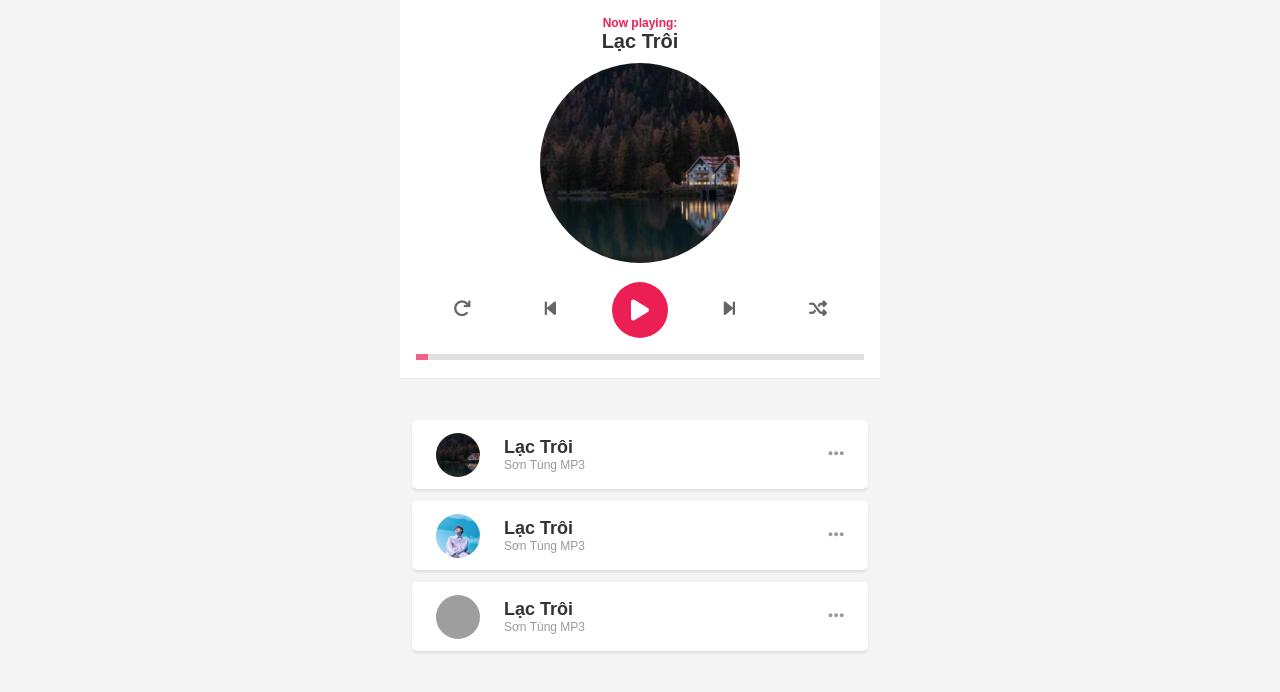
Repository: projectadmim/MyApp
Page: main.html
The author's editor kept a copy of each file at every save. The page is drawn from the files as they stood at one save, then again after a run of saves.
The browser window is 1280 px wide. The pictures show the whole page.
Pictures or frames that could not be fetched are drawn as grey boxes.

Above is the page before, as saved 2023-10-16 08:51:27.

### main.html
<!DOCTYPE html>
<html lang="en">
<head>
    <meta charset="UTF-8">
    <meta name="viewport" content="width=device-width, initial-scale=1.0">
    <title>Zing_MP3</title>
    <link rel="stylesheet" href="./assets/css/style.css">
    <link rel="stylesheet" href="./assets/icon/fontawesome-free-6.4.2/css/all.css">
</head>
<body>
  <div class="player">
    <!-- Dashboard -->
    <div class="dashboard">
      <!-- Header -->
      <header>
        <h4>Now playing:</h4>
        <h2>String 57th & 9th</h2>
      </header>

      <!-- CD -->
      <div class="cd">
        <div class="cd-thumb" style="background-image: url('./assets/img/cd/cd.jpg');">

        </div>
      </div>

      <!-- Control -->
      <div class="control">
        <div class="btn btn-repeat">
          <i class="fas fa-redo"></i>
        </div>
        <div class="btn btn-prev">
          <i class="fas fa-step-backward"></i>
        </div>
        <div class="btn btn-toggle-play">
          <i class="fas fa-pause icon-pause"></i>
          <i class="fas fa-play icon-play"></i>
        </div>
        <div class="btn btn-next">
          <i class="fas fa-step-forward"></i>
        </div>
        <div class="btn btn-random">
          <i class="fas fa-random"></i>
        </div>
      </div>

      <input id="progress" class="progress" type="range" value="0" step="1" min="0" max="100">

      <audio id="audio" src=""></audio>
    </div>

    <!-- Playlist -->
    <div class="playlist">
    </div>
  </div>
    <script src="./text.js"></script>
</body>
</html>

### assets/css/style.css
:root {
  --primary-color: #ec1f55;
  --text-color: #333;
}

* {
  padding: 0;
  margin: 0;
  box-sizing: inherit;
}

body {
  background-color: #f5f5f5;
}

html {
  box-sizing: border-box;
  font-family: "Poppins", sans-serif;
}

.player {
  position: relative;
  max-width: 480px;
  margin: 0 auto;
}

.player .icon-pause {
  display: none;
}

.player.playing .icon-pause {
  display: inline-block;
}

.player.playing .icon-play {
  display: none;
}

.dashboard {
  padding: 16px 16px 14px;
  background-color: #fff;
  position: fixed;
  top: 0;
  width: 100%;
  max-width: 480px;
  border-bottom: 1px solid #ebebeb;
}

/* HEADER */
header {
  text-align: center;
  margin-bottom: 10px;
}

header h4 {
  color: var(--primary-color);
  font-size: 12px;
}

header h2 {
  color: var(--text-color);
  font-size: 20px;
}

/* CD */
.cd {
  display: flex;
  margin: auto;
  width: 200px;
}

.cd-thumb {
  width: 100%;
  padding-top: 100%;
  border-radius: 50%;
  background-color: #333;
  background-size: cover;
  margin: auto;
}

/* CONTROL */
.control {
  display: flex;
  align-items: center;
  justify-content: space-around;
  padding: 18px 0 8px 0;
}

.control .btn {
  color: #666;
  padding: 18px;
  font-size: 18px;
}

.control .btn.active {
  color: var(--primary-color);
}

.control .btn-toggle-play {
  width: 56px;
  height: 56px;
  border-radius: 50%;
  font-size: 24px;
  color: #fff;
  display: flex;
  align-items: center;
  justify-content: center;
  background-color: var(--primary-color);
}

.progress {
  width: 100%;
  -webkit-appearance: none;
  height: 6px;
  background: #d3d3d3;
  outline: none;
  opacity: 0.7;
  -webkit-transition: 0.2s;
  transition: opacity 0.2s;
}

.progress::-webkit-slider-thumb {
  -webkit-appearance: none;
  appearance: none;
  width: 12px;
  height: 6px;
  background-color: var(--primary-color);
  cursor: pointer;
}

/* PLAYLIST */
.playlist {
  margin-top: 408px;
  padding: 12px;
}

.song {
  display: flex;
  align-items: center;
  margin-bottom: 12px;
  background-color: #fff;
  padding: 8px 16px;
  border-radius: 5px;
  box-shadow: 0 2px 3px rgba(0, 0, 0, 0.1);
}

.song.active {
  background-color: var(--primary-color);
}

.song:active {
  opacity: 0.8;
}

.song.active .option,
.song.active .author,
.song.active .title {
  color: #fff;
}

.song .thumb {
  width: 44px;
  height: 44px;
  border-radius: 50%;
  background-size: cover;
  margin: 0 8px;
}

.song .body {
  flex: 1;
  padding: 0 16px;
}

.song .title {
  font-size: 18px;
  color: var(--text-color);
}

.song .author {
  font-size: 12px;
  color: #999;
}

.song .option {
  padding: 16px 8px;
  color: #999;
  font-size: 18px;
}

### text.js
//các bước làm ra zingmp3

/**
 * 1.Render songs
 * 2.Scroll top
 * 3.play/pause/seek
 */
const $=document.querySelector.bind(document);
const $$=document.querySelectorAll.bind(document);
const playlist=$(".playlist");
const heading=$('header h2');
const cdthumb=$('.cd-thumb');
const audio=$('#audio');
const cd=$('.cd')
const playbtn=$('.btn-toggle-play')
const player=$('.player')
const progress=$('#progress')
const btn_next=$('.btn-next')
const btn_prev=$('.btn-prev')
const btn_random=$('.btn-random')
const btn_repeat=$('.btn-repeat')
const app={
  currenindex:0,
  isplaying:false,
  isRamdom:false,
  isRepeat:false,
     songs :[
        {
            name:"Lạc Trôi",
            singger:"Sơn Tùng MP3",
            path:"./assets/music/song2.mp3",
            image:'./assets/img/backimg.jpg'
        },
        {
            name:"Lạc Trôi",
            singger:"Sơn Tùng MP3",
            path:"./assets/music/song1-Anh.mp3",
            image:'./assets/img/cd/cd.jpg'
        }
        ,
        {
            name:"Lạc Trôi",
            singger:"Sơn Tùng MP3",
            path:"./assets/music/song1-Anh.mp3",
            image:'./assets/img/icon'
        }
     ],
     //render song
     render:function(){
        const htmls=this.songs.map(function(song,index){
            return `
            <div class="song ${index===this.currenindex ? 'active' : ''}">
              <div class="thumb" style="background-image: url('${song.image}')">
              </div>
              <div class="body">
                <h3 class="title">${song.name}</h3>
                <p class="author">${song.singger}</p>
              </div>
              <div class="option">
                <i class="fas fa-ellipsis-h"></i>
              </div>
            </div>
            `
        })
        // $('.playlist').innerHTML=htmls.join('');
        playlist.innerHTML=htmls.join('');
     },
     defineProperty:function(){
      Object.defineProperty(this,'crrentSongs',{
        get:function(){
          return this.songs[this.currenindex]
        }
      })
     },

     //xử lí sự kiện trong app zing
     handleEvent:function(){
      //xử lý sự kiện quay
      const cdanimate=cdthumb.animate([
        {
          transform:'rotate(360deg)'
        }
      ]
      ,{
        duration:10000,
        iterations:Infinity
      })
      cdanimate.pause()
      const _this=this
      //scroll phong to thu nho
      const cdWidth = cd.offsetWidth;
      document.onscroll = function () {
        const scrollTop = window.scrollY || document.documentElement.scrollTop;
        const newCdWidth = cdWidth - scrollTop;
        cd.style.width = newCdWidth > 0 ? newCdWidth + "px" : 0;
        cd.style.opacity = newCdWidth / cdWidth;
        //xử lý sự kiện click play

     }
     playbtn.onclick=function(){
      if(_this.isplaying){
        audio.pause();

      }else{
        audio.play();
      }
    }
    //Xử lý khi tiến độ bài hát thay đổ
    audio.ontimeupdate=()=>{
      if(audio.duration){
        const progressPrecet=Math.floor(audio.currentTime/audio.duration*100)
        progress.value=progressPrecet
      }
    }
    //Xử lý sự kiện tua song
    progress.onchange=(e)=>{
      const seektime=audio.duration/100*e.target.value
      audio.currentTime=seektime
    }

    //xử lý sự kiện play
    audio.onplay=function(){
        _this.isplaying=true
        player.classList.add('playing')
        cdanimate.play()
      }
      //xu ly su kien pause
    audio.onpause=function(){
        _this.isplaying=false
        player.classList.remove('playing')
        cdanimate.pause();
      }
      //xu ly next songs
      btn_next.onclick=function(){
        if(_this.isRamdom){
          _this.ramdomSong()
        }else{
          _this.nextSong();
        }
        audio.play();
        _this.render();
      }
      btn_prev.onclick=function(){
        if(_this.isRamdom){
          _this.ramdomSong()
        }else{
          _this.prverSong();
        }
        audio.play()
        _this.render();
      }
      //ramdom bai hat
      btn_random.onclick=(e)=>{
        _this.isRamdom=! _this.isRamdom
          btn_random.classList.toggle('active', _this.isRamdom)
      }
      //xu ly next
      btn_repeat.onclick=(e)=>{
        _this.isRepeat = !_this.isRepeat;
        btn_repeat.classList.toggle('active', _this.isRepeat);
      }
      //xu ly next onended
      audio.onended=(e)=>{
        if(this.isRepeat){
          audio.play();
        }else{

          btn_next.click();
        }
      }
    },
     loadcrrentSongs:function(){
      heading.textContent=this.crrentSongs.name;
      cdthumb.style.backgroundImage=`url('${this.crrentSongs.image}')`
      audio.src=this.crrentSongs.path;
      // console.log(heading,cdthumb,audio);
     },
     //next song
     nextSong:function(){
        this.currenindex++;
        if(this.currenindex>=this.songs.length){
          this.currenindex=0;
        }
        this.loadcrrentSongs();
     },
     prverSong:function(){
      this.currenindex--;
      if(this.currenindex<0){
        this.currenindex=this.songs.length-1;
      }
      this.loadcrrentSongs();
   },
   ramdomSong:function(){
      let ramdomsong
      do {
        ramdomsong=Math.floor(Math.random()*this.songs.length)
      } while (ramdomsong===this.songs.length);
      this.currenindex=ramdomsong;
      this.loadcrrentSongs();
   },
     stars:function(){
      //định nghĩa  các thuộc tihs trong oject
      this.defineProperty()
      //dom event
      this.handleEvent();
      //load bai dau tien
      this.loadcrrentSongs()
      //render playlist
        this.render();
     }
}
app.stars();

Loaded but not shown: assets/icon/fontawesome-free-6.4.2/css/all.css (library)

After the next 3 saves:
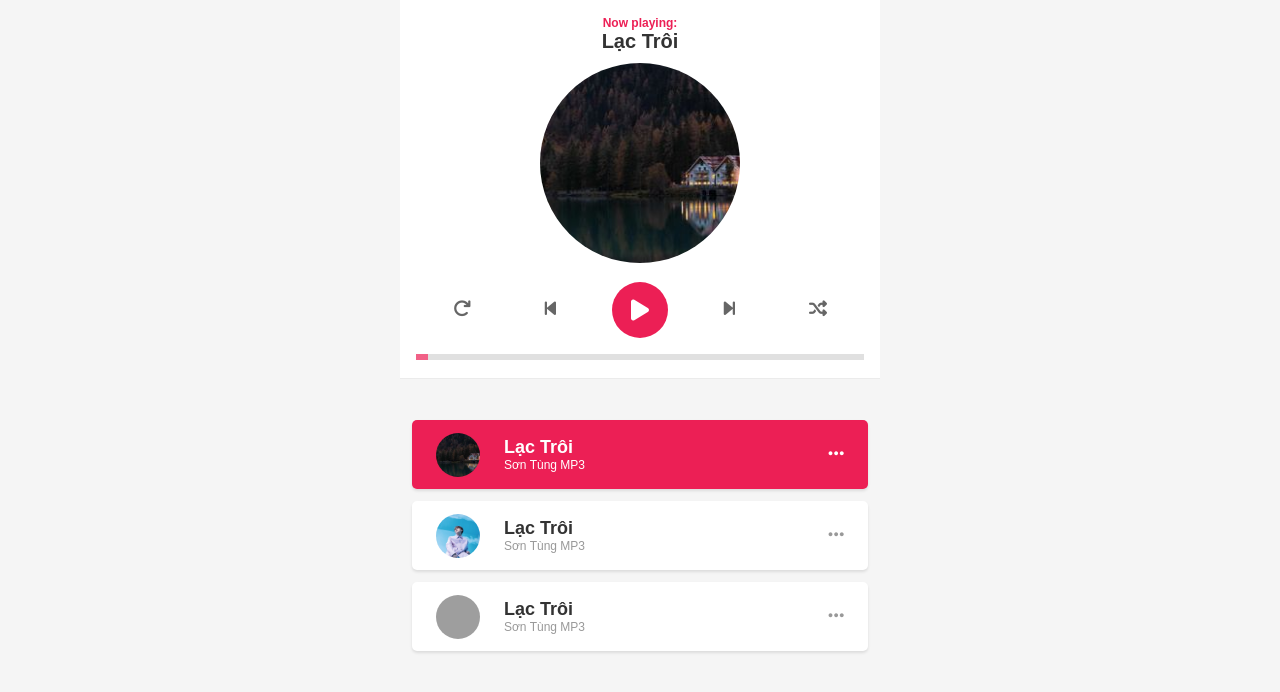
The 3 saves are shown as one change because they came seconds apart.
The last was saved 82 s later.
--- a/text.js
+++ b/text.js
@@ -47,7 +47,7 @@ const app={
      ],
      //render song
      render:function(){
-        const htmls=this.songs.map(function(song,index){
+        const htmls=this.songs.map((song,index)=>{
             return `
             <div class="song ${index===this.currenindex ? 'active' : ''}">
               <div class="thumb" style="background-image: url('${song.image}')">
